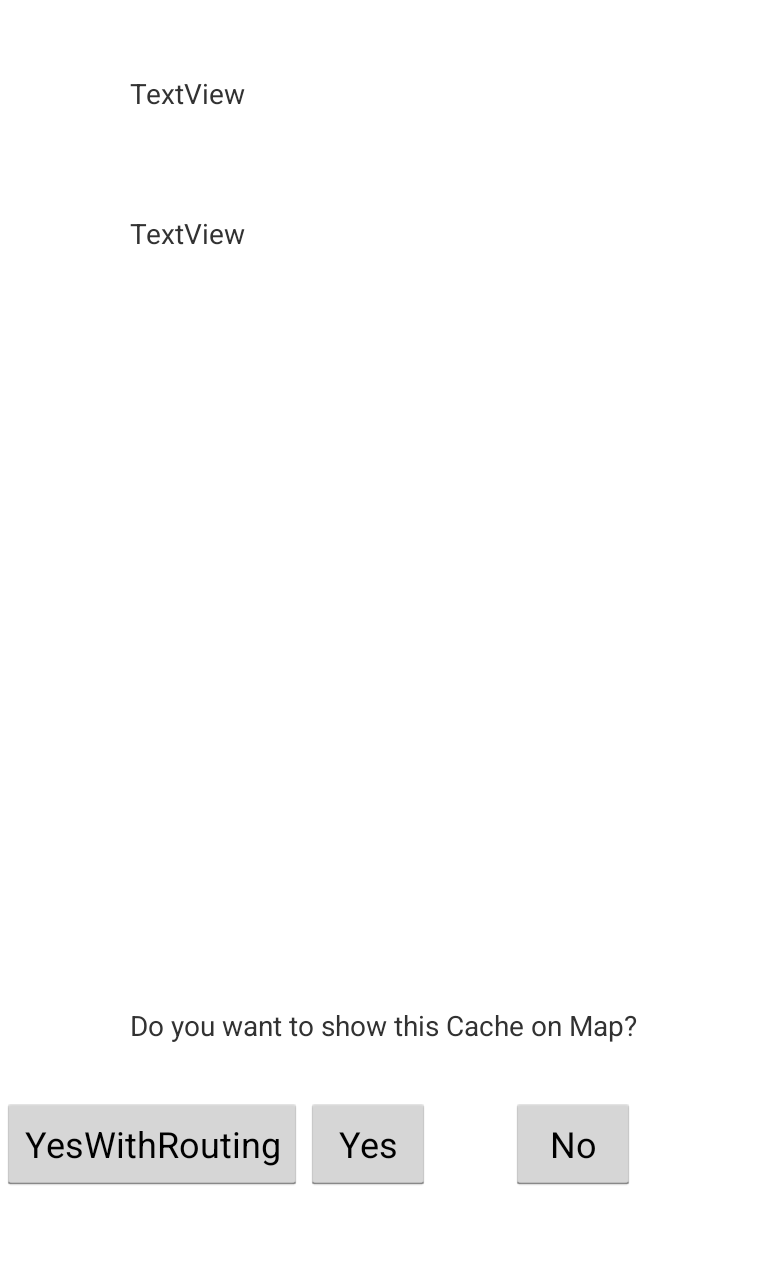
Repository: mpdehnel/seg
Layout: VectorOne/res/layout/activity_cachshow.xml
These files come from the project's save history. The layout is drawn as it stood at one moment and after the next save; the edit follows.
It is drawn on a 768 x 1280 px phone screen (xhdpi) without system bars, with theme AppTheme; the app's code is not run.

Above is the layout before, as saved 2013-02-15 02:58:56.

### VectorOne/res/layout/activity_cachshow.xml

    <RelativeLayout xmlns:android="http://schemas.android.com/apk/res/android"
        android:id="@+id/cacheshowlayout"
        android:layout_width="fill_parent"
        android:layout_height="fill_parent" >

        <Button
            android:id="@+id/routing_button"
            android:layout_width="wrap_content"
            android:layout_height="wrap_content"
            android:layout_alignBaseline="@+id/yes_button"
            android:layout_alignBottom="@+id/yes_button"
            android:layout_alignParentLeft="true"
            android:text="YesWithRouting" />

        <Button
            android:id="@+id/no_button"
            android:layout_width="wrap_content"
            android:layout_height="wrap_content"
            android:layout_alignRight="@+id/doyouwant"
            android:layout_below="@+id/doyouwant"
            android:text="No" />

        <Button
            android:id="@+id/yes_button"
            android:layout_width="wrap_content"
            android:layout_height="wrap_content"
            android:layout_alignParentBottom="true"
            android:layout_marginBottom="44dp"
            android:layout_toRightOf="@+id/routing_button"
            android:text="Yes" />

        <TextView
            android:id="@+id/CachName"
            android:layout_width="wrap_content"
            android:layout_height="wrap_content"
            android:layout_alignLeft="@+id/doyouwant"
            android:layout_alignParentTop="true"
            android:layout_marginTop="37dp"
            android:text="TextView" />

        <TextView
            android:id="@+id/doyouwant"
            android:layout_width="wrap_content"
            android:layout_height="wrap_content"
            android:layout_above="@+id/routing_button"
            android:layout_centerHorizontal="true"
            android:layout_marginBottom="26dp"
            android:text="Do you want to show this Cache on Map?" />

        <TextView
            android:id="@+id/CacheDiscription"
            android:layout_width="wrap_content"
            android:layout_height="wrap_content"
            android:layout_alignLeft="@+id/CachName"
            android:layout_below="@+id/CachName"
            android:layout_marginTop="51dp"
            android:text="TextView" />

    </RelativeLayout>

Loaded but not shown: VectorOne/res/values/styles.xml (common file); VectorOne/res/values-v11/styles.xml (common file); VectorOne/res/values-v14/styles.xml (common file)

After the next save:
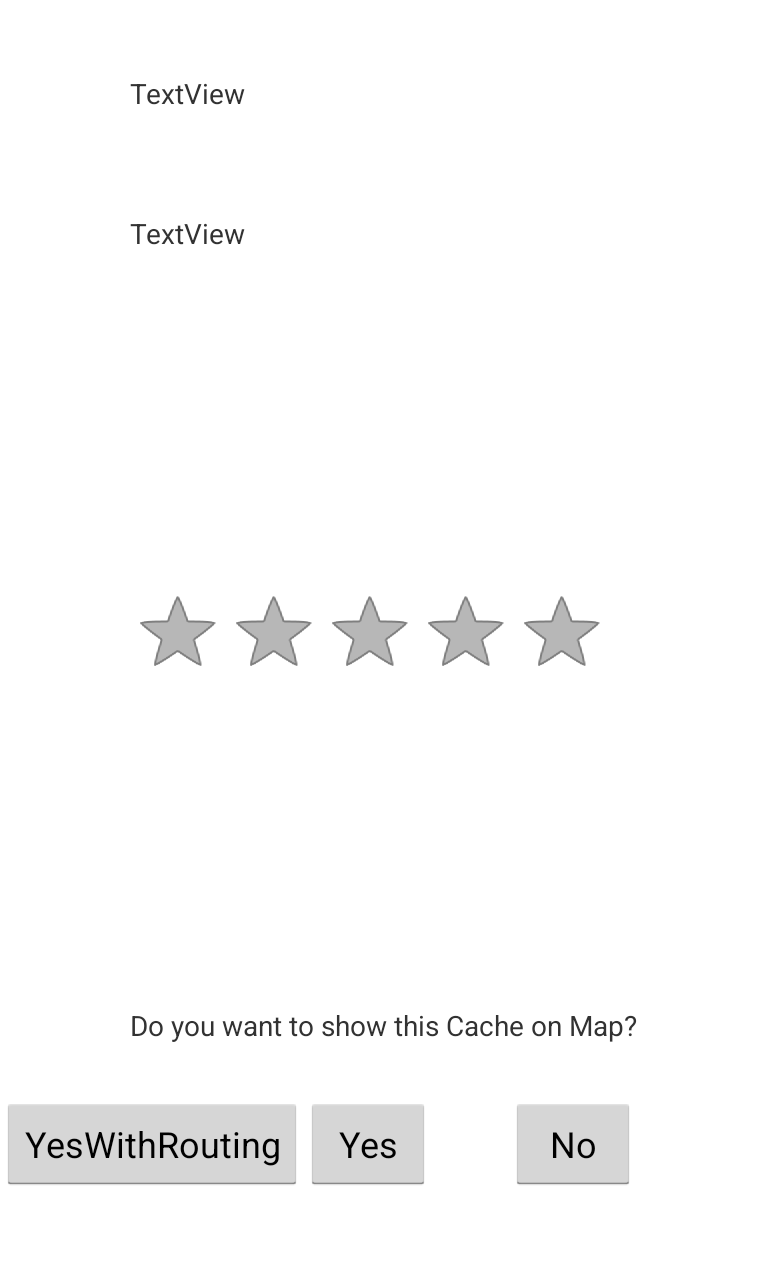
Saved 39 min 20 s later.
--- a/VectorOne/res/layout/activity_cachshow.xml
+++ b/VectorOne/res/layout/activity_cachshow.xml
@@ -57,4 +57,11 @@
             android:layout_marginTop="51dp"
             android:text="TextView" />
 
+        <RatingBar
+            android:id="@+id/ratingBar1"
+            android:layout_width="wrap_content"
+            android:layout_height="wrap_content"
+            android:layout_alignLeft="@+id/doyouwant"
+            android:layout_centerVertical="true" />
+
     </RelativeLayout>
